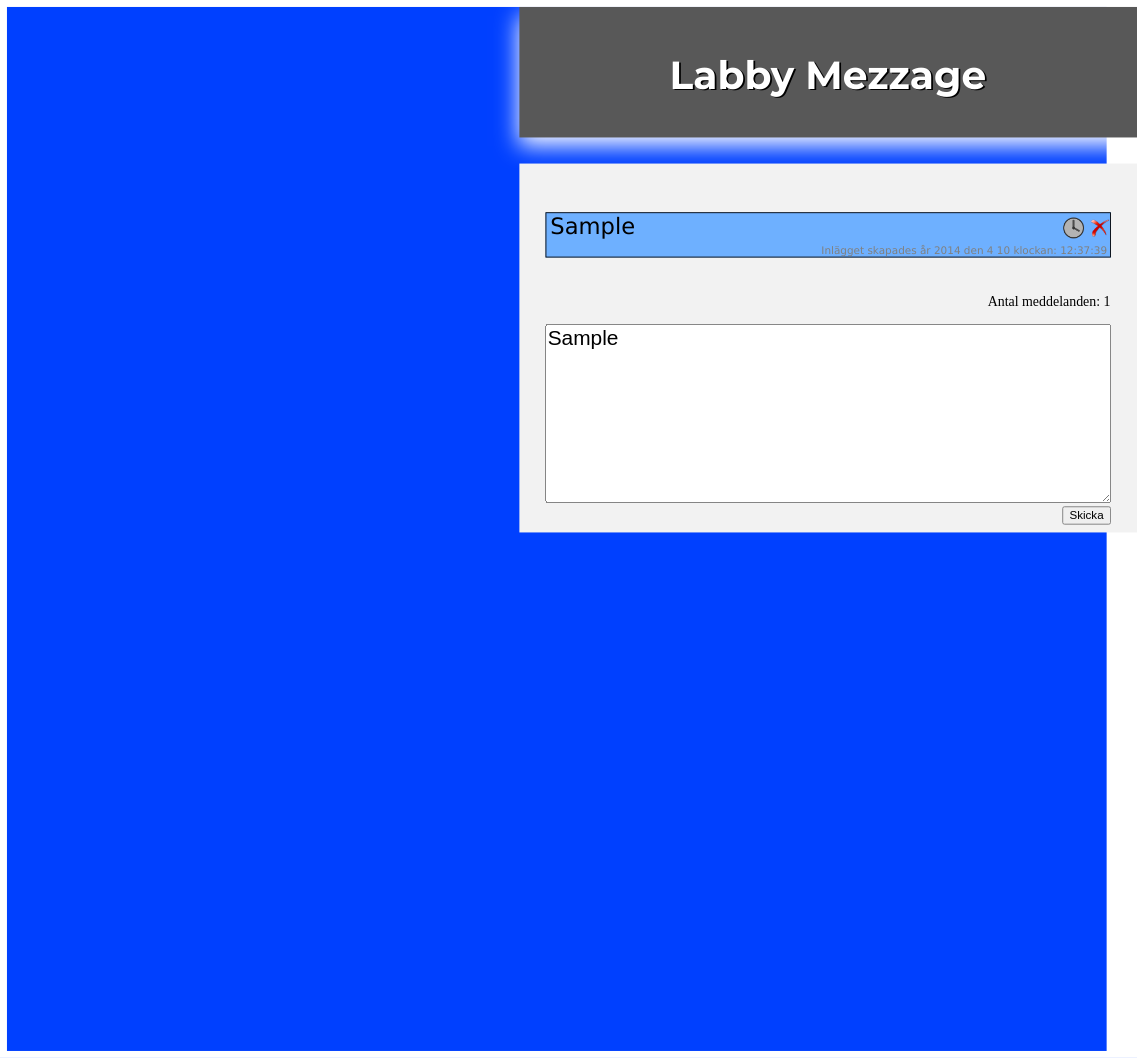
Repository: lw222gz/1dv403-laborationer-lw222gz
Page: 2-labbymezzage/index.html
The author's editor kept a record of every edit. The page is drawn from the files as they stood at one moment, then again after the next edit.
The browser window is 1280 px wide. The page is 1307 px wide, so the pictures cover 1307 px, including what lies to the right of the window. The pictures show the whole page, at 87% of full size.
Empty fields were first filled with sample values (such as "Sample", 5 or name@example.com).
After loading, the first visible `#send` was clicked once.

Above is the page before.

After the next edit:
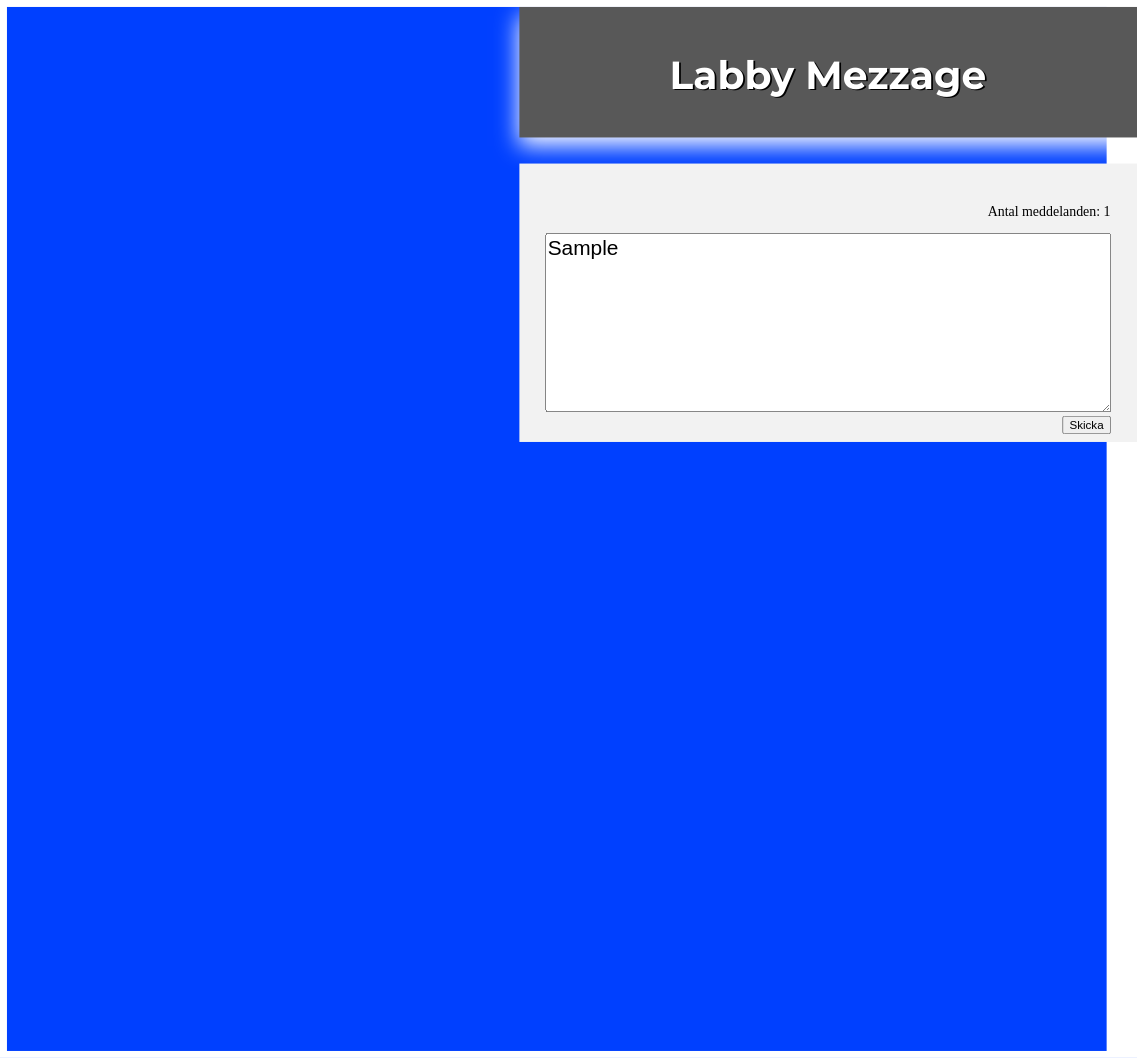
Console error: ReferenceError: Year is not defined
The edit:
--- a/2-labbymezzage/message.js
+++ b/2-labbymezzage/message.js
@@ -26,9 +26,7 @@
    }
 
    Message.prototype.getDateText = function() {
-       var Year = this.getDate().getFullYear();
-       var Month = this.getDate().getMonth();
-       var Day = this.getDate().getDate();
+
        var Hour = this.getDate().getHours();
        var Minutes = this.getDate().getMinutes();
        var Seconds = this.getDate().getSeconds();

After the edit that followed:
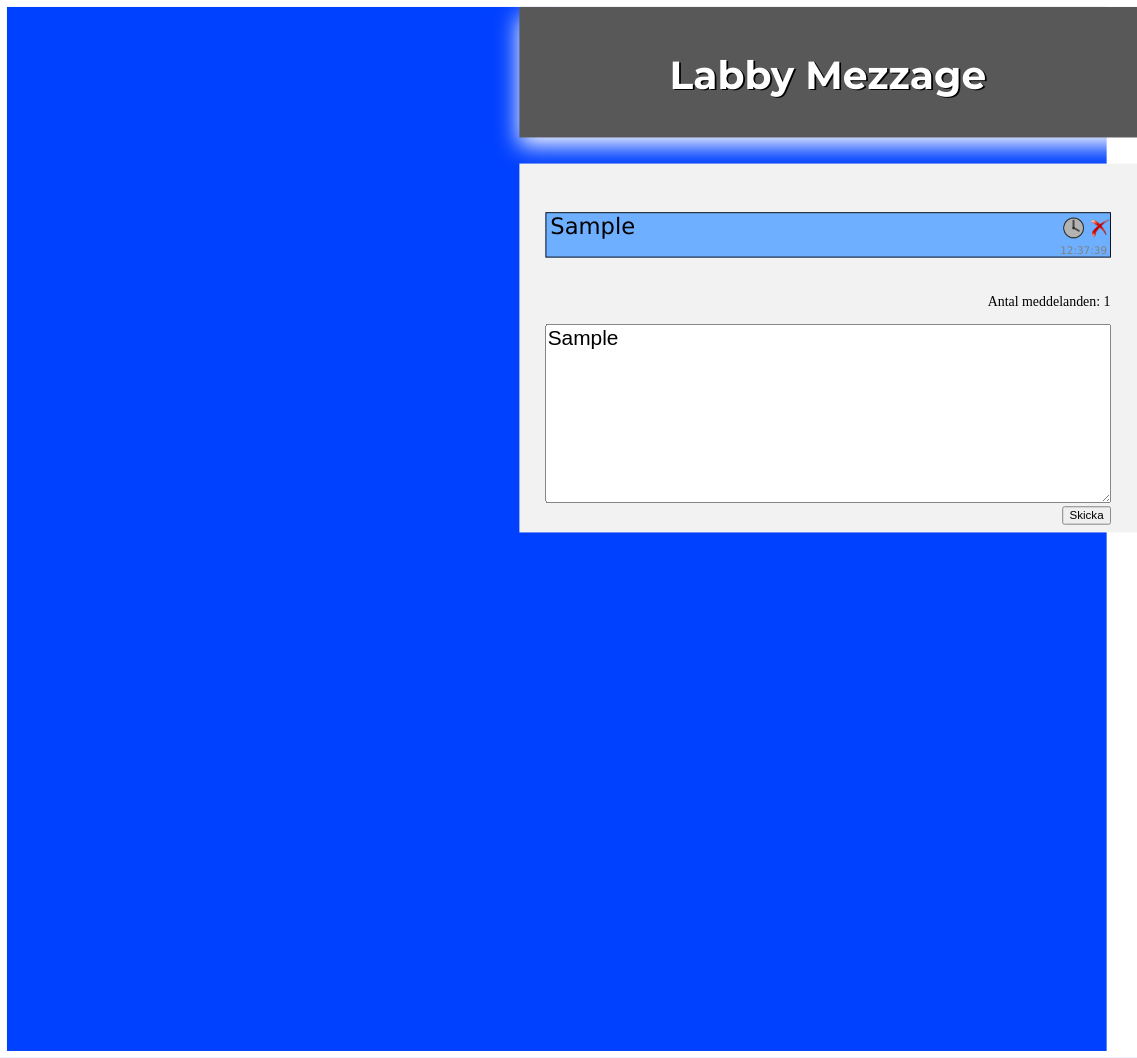
The error is gone.
The edit:
--- a/2-labbymezzage/message.js
+++ b/2-labbymezzage/message.js
@@ -30,8 +30,16 @@
        var Hour = this.getDate().getHours();
        var Minutes = this.getDate().getMinutes();
        var Seconds = this.getDate().getSeconds();
+       if (Minutes < 10)
+       {
+            Minutes = "0"+Minutes;
+       }
+       if (Seconds < 10)
+       {
+          Seconds = "0"+Seconds;
+       }
 
-       return "Inlägget skapades år "+Year+" den "+Day+" "+Month+" klockan: "+Hour+":"+Minutes+":"+Seconds;
+       return +Hour+":"+Minutes+":"+Seconds;
    }
 
 
